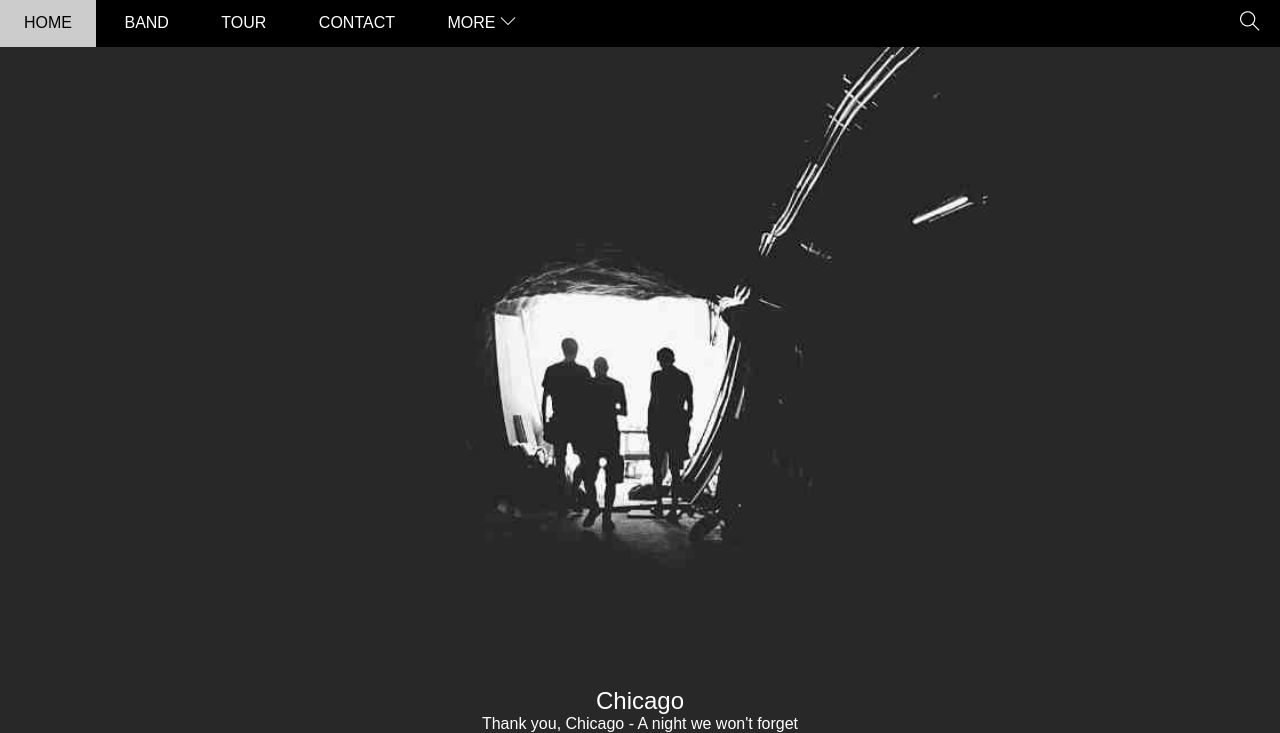
Repository: thanhsonnguyen-gif/f8-learn
Page: projectDemoTheBand/index.html
These files come from the project's save history. The page is drawn as it stood at one moment and after the next save; the edit follows.
The browser window is 1280 px wide. The pictures show the whole page.

Above is the page before, as saved 2022-06-24 17:06:18.

### projectDemoTheBand/index.html
<!DOCTYPE html>
<html lang="en">
<head>
    <meta charset="UTF-8">
    <meta http-equiv="X-UA-Compatible" content="IE=edge">
    <meta name="viewport" content="width=device-width, initial-scale=1.0">
    <title>Document</title>
    <link rel="stylesheet" href="./assets/css/style.css">
    <link rel="stylesheet" href="./assets/fonts/themify-icons-font/themify-icons/themify-icons.css">
</head>
<body>
    <div id="main">
        <div id="header">
            <ul id="nav">
                <li><a href="">HOME</a></li>
                <li><a href="">BAND</a></li>
                <li><a href="">TOUR</a></li>
                <li><a href="">CONTACT</a></li>
                <li>
                    <a title="more" href="#">
                        More
                    <i class="ti-angle-down"></i>
                    </a>
                    <ul class="subnav">
                        <li><a href="">Merchandise</a></li>
                        <li><a href="">Extras</a></li>
                        <li><a href="">Media</a></li>
                    </ul>
                </li>
            </ul>
            <div class="search-btn">
                <i class="ti-search"></i>
            </div>
        </div>
        <div id="slide">
            <div id="textContent">
                <h1 id="city">Chicago</h1>
                <p id="decription">Thank you, Chicago - A night we won't forget</p>
            </div>
        </div>
        <div id="content">

        </div>
        <div id="footer">

        </div>
    </div>
</body>
</html>

### projectDemoTheBand/assets/css/style.css
*{
    padding: 0;
    margin: 0;
    box-sizing: border-box;
}

#main {
    font-family: Arial, Helvetica, sans-serif;
}

#header {
position: fixed;
left: 0;
right: 0;
top: 0;
background-color: #000;
height: 46.5px;
color: #fff;
}

#nav{
    display: inline-block;
}

#nav ul{
    list-style-type: none;
}

#nav > li {
    display: inline-block;
    position: relative;
}

#nav > li > a {
    line-height: 46.5px;
    padding:0 24px;
    text-decoration: none;
    color: #fff;
    display: block;
    text-transform: uppercase;
}

#nav > li:hover > a {
    background-color: #ccc;
    color: #000;
}

#nav > li:hover .subnav {
    display: block;
}

#nav .subnav {
    position: absolute;
    display: none;
    box-shadow: 0 0 5px rgba(0, 0, 0, 0.4);
    background-color: #fff;
    min-width: 160px;
}

#nav .subnav > li > a{
    line-height: 38.5px;
    padding:0 16px;
    text-decoration: none;
    color: #000;
    display: block;
}

#nav .subnav > li:hover > a{
    background-color: #ccc;
}

#naw .ti-angle-down{
    font-size: 14px;
}

.search-btn {
float: right;
color: #fff;
font-size: 20px;
right: 0;
line-height: 46px;
padding: 0 20px;
cursor: pointer;
}

.search-btn:hover{
    background-color: #f44336;
}

#slide {
    margin-top: 46.5px;
    padding-top: 50%;
    background: url(/projectDemoTheBand/assets/img/slide1.jpg) top center / cover no-repeat;
}

#textContent {
width: 100%;
color: #fff;
text-align: center;
}

#city {
font-weight: 500;
font-size: 24px;
}

#decription {
font-size: 16px;
}


#content {

}

#footer {

}

Loaded but not shown: projectDemoTheBand/assets/fonts/themify-icons-font/themify-icons/themify-icons.css (common file)

After the next save:
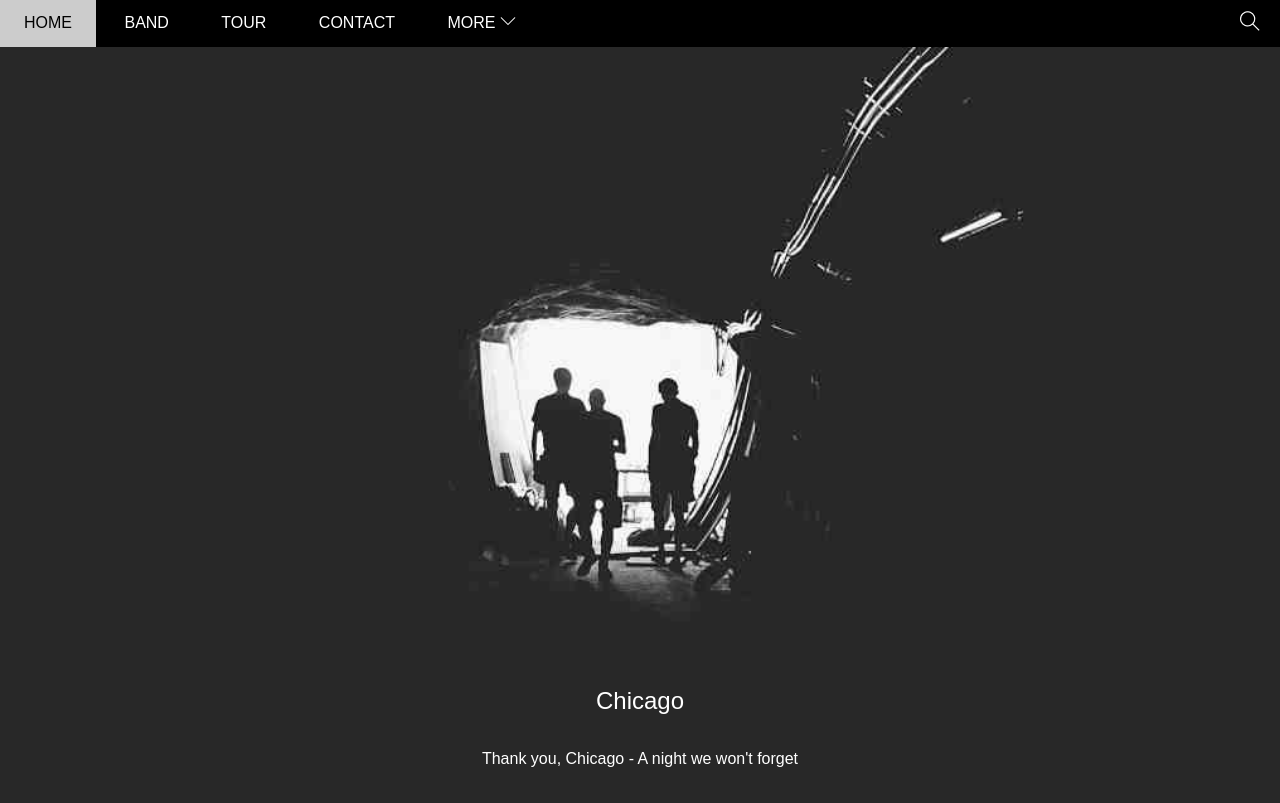
Saved 78 s later.
--- a/projectDemoTheBand/assets/css/style.css
+++ b/projectDemoTheBand/assets/css/style.css
@@ -1,118 +1,117 @@
-*{
-    padding: 0;
-    margin: 0;
-    box-sizing: border-box;
+* {
+  padding: 0;
+  margin: 0;
+  box-sizing: border-box;
 }
 
 #main {
-    font-family: Arial, Helvetica, sans-serif;
+  font-family: Arial, Helvetica, sans-serif;
 }
 
 #header {
-position: fixed;
-left: 0;
-right: 0;
-top: 0;
-background-color: #000;
-height: 46.5px;
-color: #fff;
+  position: fixed;
+  left: 0;
+  right: 0;
+  top: 0;
+  background-color: #000;
+  height: 46.5px;
+  color: #fff;
 }
 
-#nav{
-    display: inline-block;
+#nav {
+  display: inline-block;
 }
 
-#nav ul{
-    list-style-type: none;
+#nav ul {
+  list-style-type: none;
 }
 
 #nav > li {
-    display: inline-block;
-    position: relative;
+  display: inline-block;
+  position: relative;
 }
 
 #nav > li > a {
-    line-height: 46.5px;
-    padding:0 24px;
-    text-decoration: none;
-    color: #fff;
-    display: block;
-    text-transform: uppercase;
+  line-height: 46.5px;
+  padding: 0 24px;
+  text-decoration: none;
+  color: #fff;
+  display: block;
+  text-transform: uppercase;
 }
 
 #nav > li:hover > a {
-    background-color: #ccc;
-    color: #000;
+  background-color: #ccc;
+  color: #000;
 }
 
 #nav > li:hover .subnav {
-    display: block;
+  display: block;
 }
 
 #nav .subnav {
-    position: absolute;
-    display: none;
-    box-shadow: 0 0 5px rgba(0, 0, 0, 0.4);
-    background-color: #fff;
-    min-width: 160px;
+  position: absolute;
+  display: none;
+  box-shadow: 0 0 5px rgba(0, 0, 0, 0.4);
+  background-color: #fff;
+  min-width: 160px;
 }
 
-#nav .subnav > li > a{
-    line-height: 38.5px;
-    padding:0 16px;
-    text-decoration: none;
-    color: #000;
-    display: block;
+#nav .subnav > li > a {
+  line-height: 38.5px;
+  padding: 0 16px;
+  text-decoration: none;
+  color: #000;
+  display: block;
 }
 
-#nav .subnav > li:hover > a{
-    background-color: #ccc;
+#nav .subnav > li:hover > a {
+  background-color: #ccc;
 }
 
-#naw .ti-angle-down{
-    font-size: 14px;
+#naw .ti-angle-down {
+  font-size: 14px;
 }
 
 .search-btn {
-float: right;
-color: #fff;
-font-size: 20px;
-right: 0;
-line-height: 46px;
-padding: 0 20px;
-cursor: pointer;
+  float: right;
+  color: #fff;
+  font-size: 20px;
+  right: 0;
+  line-height: 46px;
+  padding: 0 20px;
+  cursor: pointer;
 }
 
-.search-btn:hover{
-    background-color: #f44336;
+.search-btn:hover {
+  background-color: #f44336;
 }
 
 #slide {
-    margin-top: 46.5px;
-    padding-top: 50%;
-    background: url(/projectDemoTheBand/assets/img/slide1.jpg) top center / cover no-repeat;
+  margin-top: 46.5px;
+  padding-top: 50%;
+  background: url(/projectDemoTheBand/assets/img/slide1.jpg) top center / cover
+    no-repeat;
 }
 
 #textContent {
-width: 100%;
-color: #fff;
-text-align: center;
+  width: 100%;
+  color: #fff;
+  text-align: center;
 }
 
 #city {
-font-weight: 500;
-font-size: 24px;
+  font-weight: 500;
+  font-size: 24px;
 }
 
 #decription {
-font-size: 16px;
+  font-size: 16px;
+  padding: 35px 0;
 }
 
-
 #content {
-
 }
 
 #footer {
-
 }
